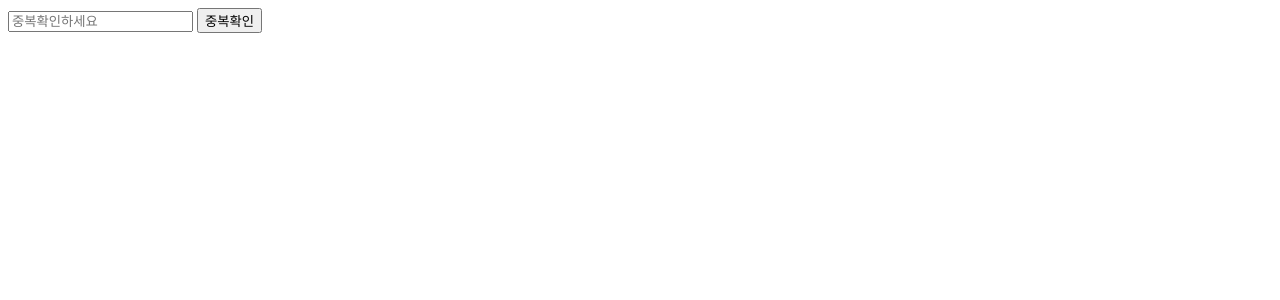
Repository: Shinhan1/shinhan
Page: http://localhost/web_goott/w20200323/ajaxEx07.jsp
The author's editor kept a copy of each file at every save. The page is drawn from the files as they stood at one save, then again after the next save.
The browser window is 1280 px wide. The pictures show the whole page.
The page is served by Tomcat 9. Other server files are loaded and not shown.

Above is the page before, as saved 2020-03-23 02:11:49.

### web_goott/WebContent/w20200323/ajaxEx07.jsp
<%@ page language="java" contentType="text/html; charset=UTF-8"
    pageEncoding="UTF-8"%>
<!DOCTYPE html>
<html>
<head>
<meta charset="UTF-8">
<title>ajaxEx07.jsp</title>
</head>
<body>
	<!-- 로그인창에서 id를 검색했을 때 존재 유무를 알림 -->
	<input type="text" name="id" id="id" placeholder="중복확인하세요" />
	<input type="button" value="중복확인" />



</body>
</html>

After the next save:
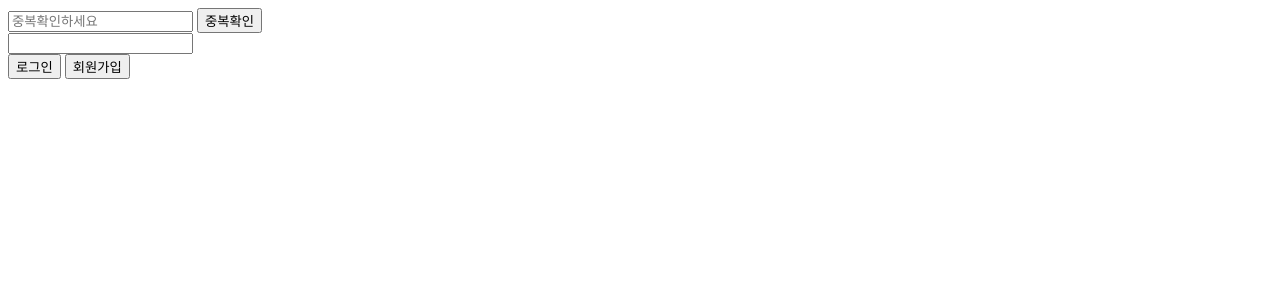
Saved 43 s later.
--- a/web_goott/WebContent/w20200323/ajaxEx07.jsp
+++ b/web_goott/WebContent/w20200323/ajaxEx07.jsp
@@ -10,6 +10,10 @@
 	<!-- 로그인창에서 id를 검색했을 때 존재 유무를 알림 -->
 	<input type="text" name="id" id="id" placeholder="중복확인하세요" />
 	<input type="button" value="중복확인" />
+	<span id="msg"></span> <br />
+	<input type="text" name="pwd" id="pwd" /> <br />
+	<input type="button" value="로그인" />
+	<input type="button" value="회원가입" />
 
 
 
